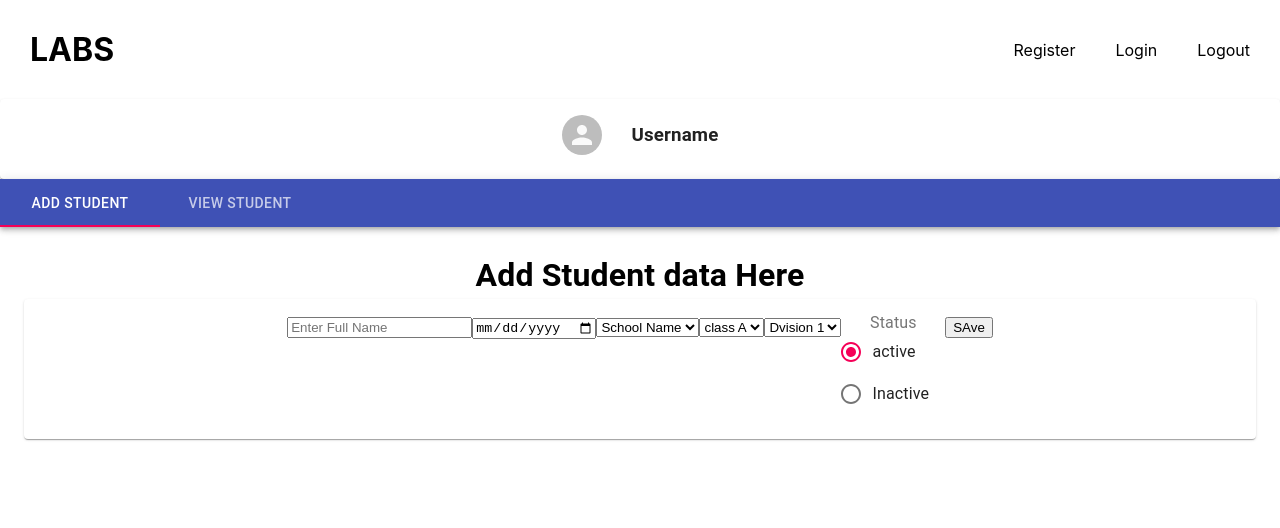
Repository: Prafullkuma/labsdata
Page: /admin
These files come from the project's save history. The page is drawn as it stood at one moment and after the next save; the edit follows.
The browser window is 1280 px wide. The pictures show the whole page.
The project was rebuilt for these pictures with package versions that can differ from the ones it lists, and the page was loaded fresh each time. Also part of the build but not shown: src/Component/Student/ViewStudent.js, src/Component/Main.js, src/Auth/Login.js, src/Auth/Signup.js, src/Auth/Logout.js.

Above is the page before, as saved 2020-08-25 17:54:55.

After the next save:
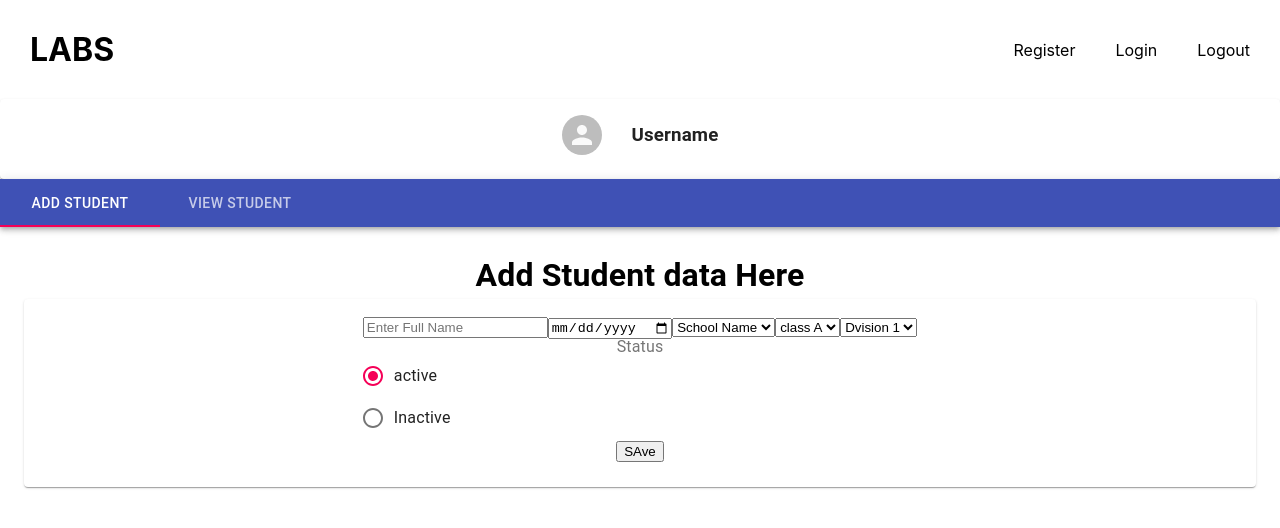
Saved 12 s later.
--- a/src/Component/Student/Addstudent.js
+++ b/src/Component/Student/Addstudent.js
@@ -40,13 +40,11 @@
                                 <option value="Dvision 1">Dvision 1</option>
                             </select>
 
-                            <FormControl component="fieldset">
-                                <FormLabel component="legend">Status</FormLabel>
-                                <RadioGroup aria-label="gender" name="gender1" value={value} onChange={handleChange}>
-                                    <FormControlLabel value="active" control={<Radio />} label="active" />
-                                    <FormControlLabel value="inactive" control={<Radio />} label="Inactive" />
-                                </RadioGroup>
-                            </FormControl>
+                            <FormLabel component="legend">Status</FormLabel>
+                            <RadioGroup aria-label="gender" name="gender1" value={value} onChange={handleChange}>
+                                <FormControlLabel value="active" control={<Radio />} label="active" />
+                                <FormControlLabel value="inactive" control={<Radio />} label="Inactive" />
+                            </RadioGroup>
 
                             {/* <label>
                                 <input type="radio"

After the save that followed:
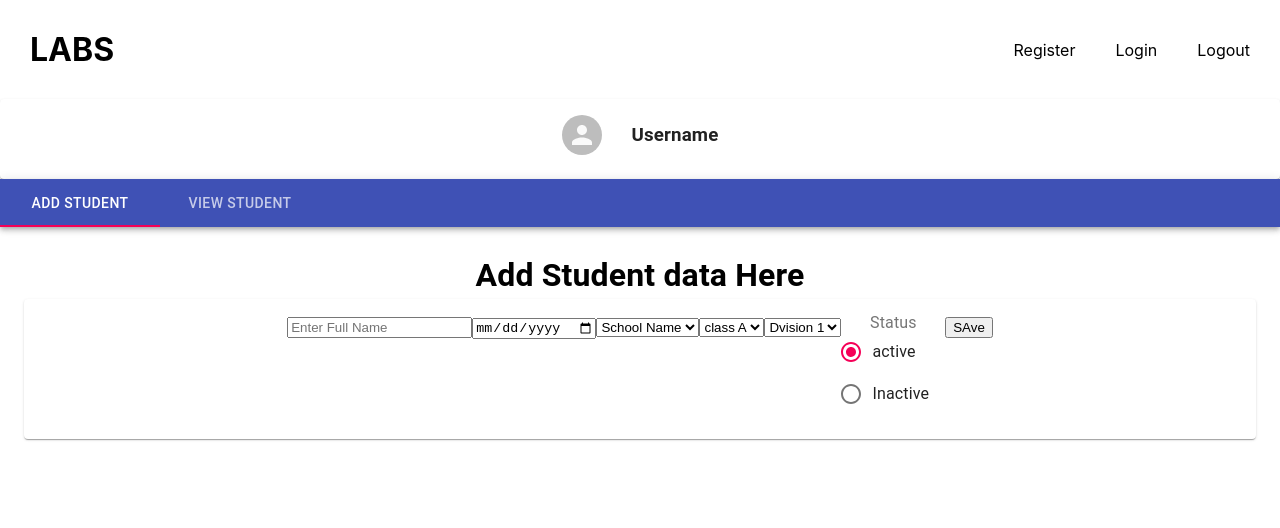
Saved 9 s later.
--- a/src/Component/Student/Addstudent.js
+++ b/src/Component/Student/Addstudent.js
@@ -40,11 +40,13 @@
                                 <option value="Dvision 1">Dvision 1</option>
                             </select>
 
-                            <FormLabel component="legend">Status</FormLabel>
-                            <RadioGroup aria-label="gender" name="gender1" value={value} onChange={handleChange}>
-                                <FormControlLabel value="active" control={<Radio />} label="active" />
-                                <FormControlLabel value="inactive" control={<Radio />} label="Inactive" />
-                            </RadioGroup>
+                            <FormControl component="fieldset">
+                                <FormLabel component="legend">Status</FormLabel>
+                                <RadioGroup aria-label="gender" name="gender1" value={value} onChange={handleChange}>
+                                    <FormControlLabel value="active" control={<Radio />} label="active" />
+                                    <FormControlLabel value="inactive" control={<Radio />} label="Inactive" />
+                                </RadioGroup>
+                            </FormControl>
 
                             {/* <label>
                                 <input type="radio"
